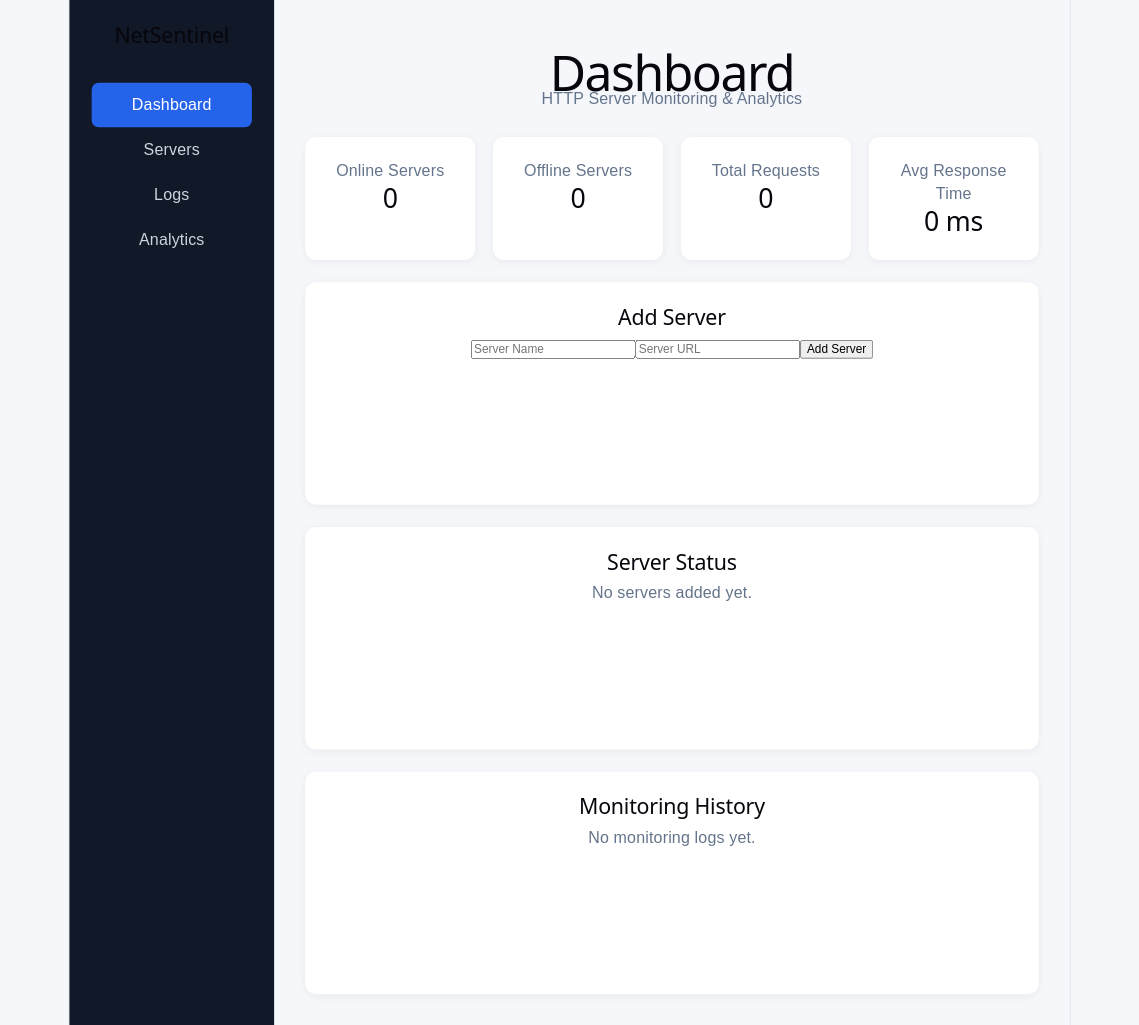
Repository: Aartigarg446/NetSentinel
Page: /
These files come from the project's save history. The page is drawn as it stood at one moment and after the next save; the edit follows.
The browser window is 1280 px wide. The pictures show the whole page, at 89% of full size.
The page's requests for data from a server got no answer. The project was rebuilt for these pictures with package versions that can differ from the ones it lists, and the page was loaded fresh each time. No one was signed in, and anything a server would have sent is missing. Also part of the build but not shown: vite.config.js.

Above is the page before, as saved 2026-09-21 13:48:03.

After the next save:
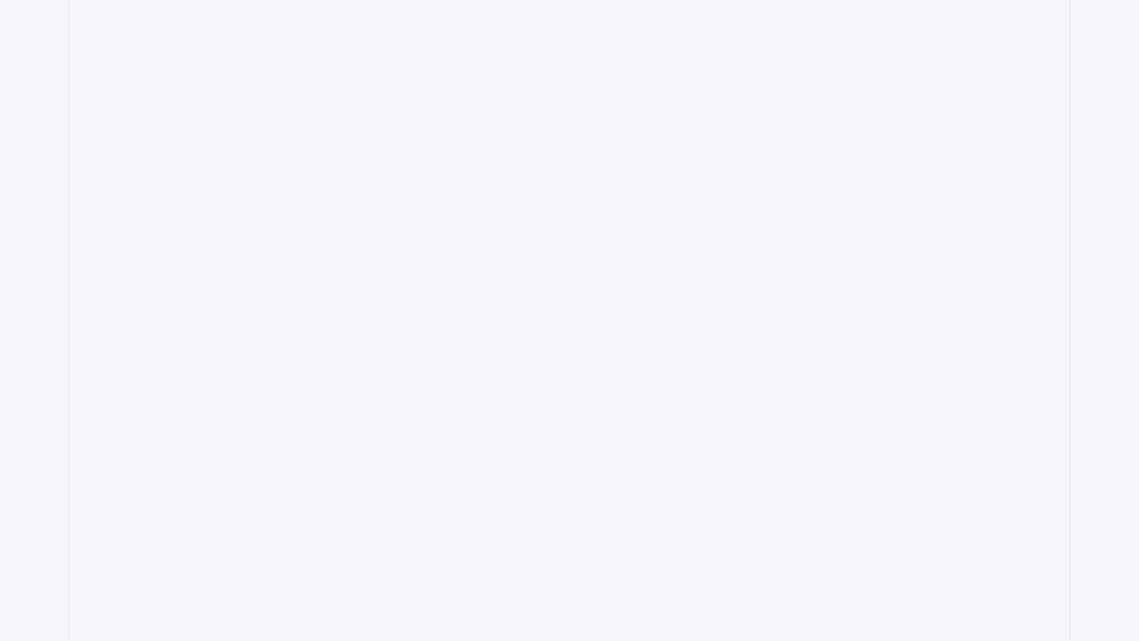
Console error: TypeError: Cannot read properties of null (reading 'useState')
Saved 6 min 0 s later.
--- a/src/App.jsx
+++ b/src/App.jsx
@@ -1,5 +1,8 @@
 import axios from "axios";
 import { useEffect, useState } from "react";
+const [servers, setServers] = useState([]);
+const [stats, setStats] = useState({});
+const [logs, setLogs] = useState([]);
 import "./App.css";
 
 function App() {

After the save that followed:
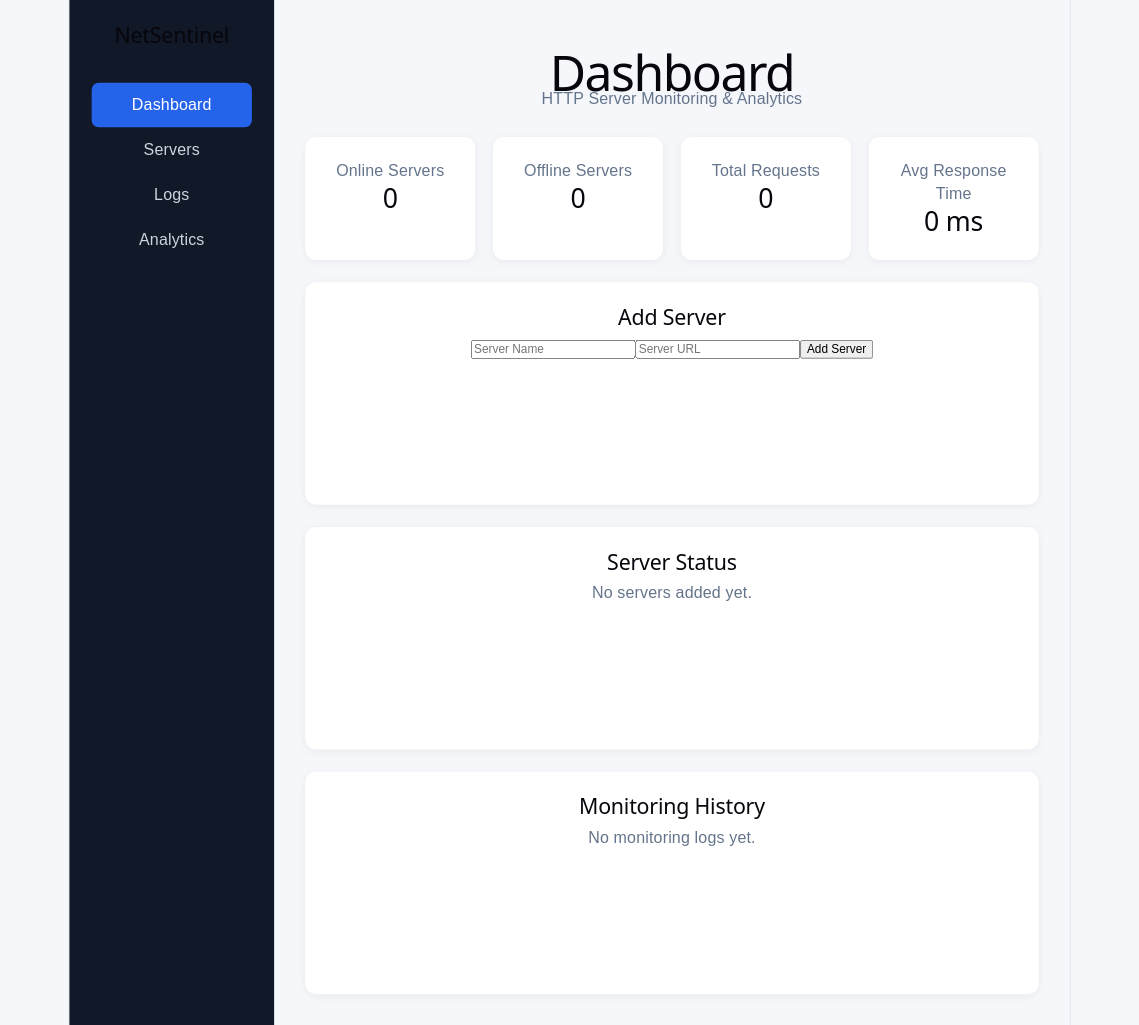
The error is gone.
Saved 61 s later.
--- a/src/App.jsx
+++ b/src/App.jsx
@@ -1,14 +1,13 @@
 import axios from "axios";
 import { useEffect, useState } from "react";
-const [servers, setServers] = useState([]);
-const [stats, setStats] = useState({});
-const [logs, setLogs] = useState([]);
+
 import "./App.css";
 
 function App() {
   const [servers, setServers] = useState([]);
  const [stats, setStats] = useState({});
   const [logs, setLogs] = useState([]);
+  const [analytics, setAnalytics] = useState([]);
   const [serverName, setServerName] = useState("");
 const [serverUrl, setServerUrl] = useState("");
 const addServer = () => {
